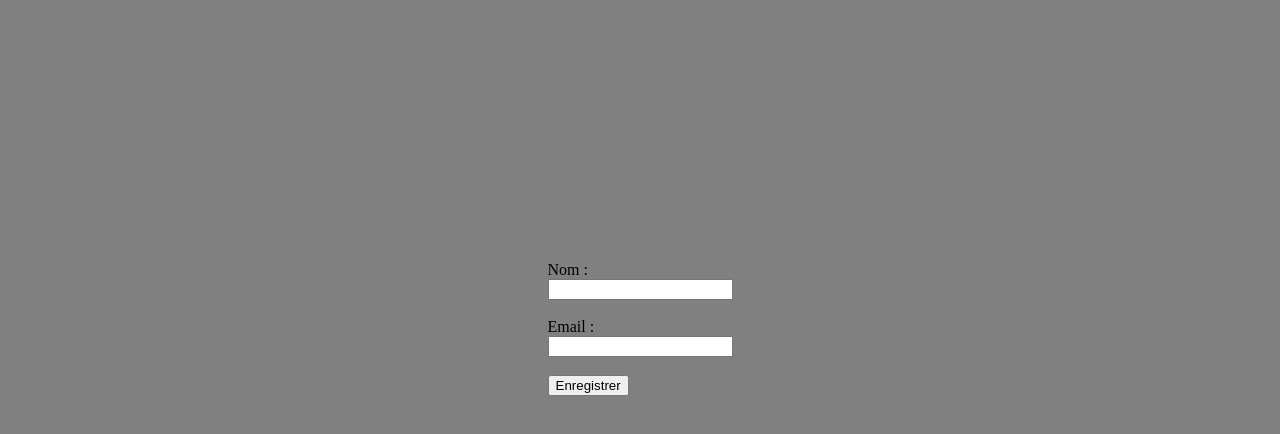
Repository: Haidara-97/TPJEE
Page: http://localhost/AppTest/
An editor plug-in stored every save of this project. The page is shown before and after the next save, followed by the edit.
The browser window is 1280 px wide. The pictures show the whole page.
The page is served by Tomcat 9.

Above is the page before, as saved 2025-06-18 14:00:30.

After the next save:
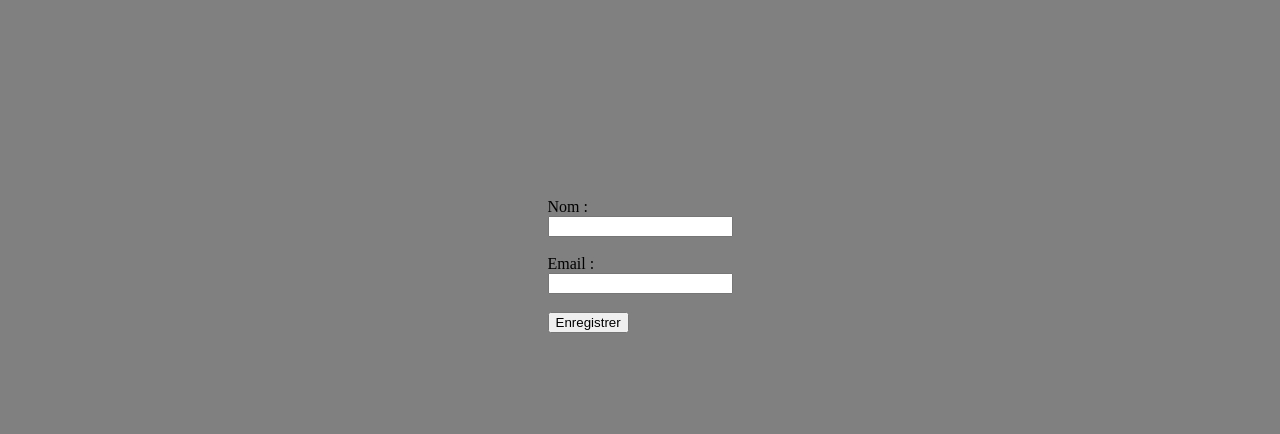
Saved 19 s later.
--- a/AppTest/src/main/webapp/index.jsp
+++ b/AppTest/src/main/webapp/index.jsp
@@ -13,7 +13,7 @@ align-items: center;
 }
 .forme{
 margin :auto;
-margin-top:20%;
+margin-top:15%;
 }
 </style>
 </head>
